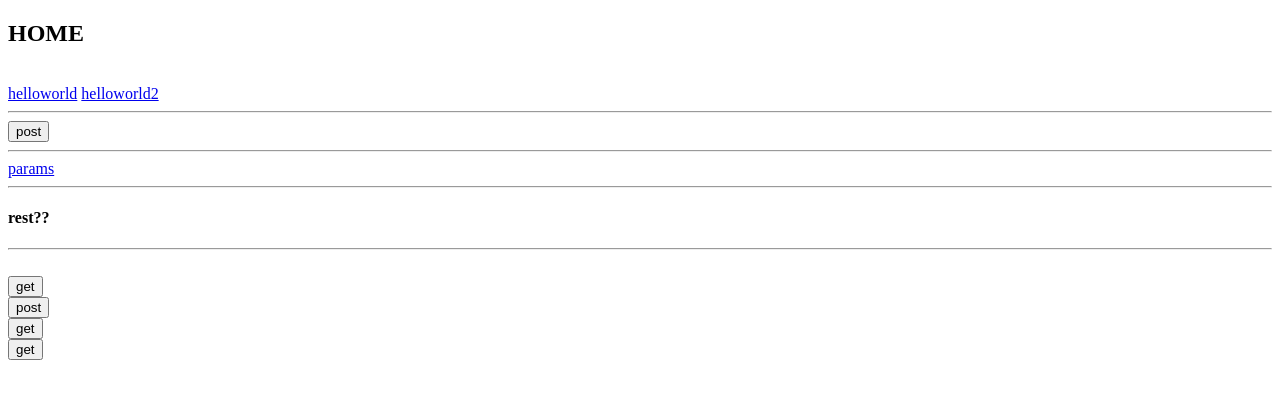
Repository: weiqilin66/workSpaceXD
Page: http://localhost/springmvc-1/
These files come from the project's save history. The page is drawn as it stood at one moment and after the next save; the edit follows.
The browser window is 1280 px wide. The pictures show the whole page.
The page is served by Tomcat 9.

Above is the page before, as saved 2019-09-18 08:41:54.

After the next save:
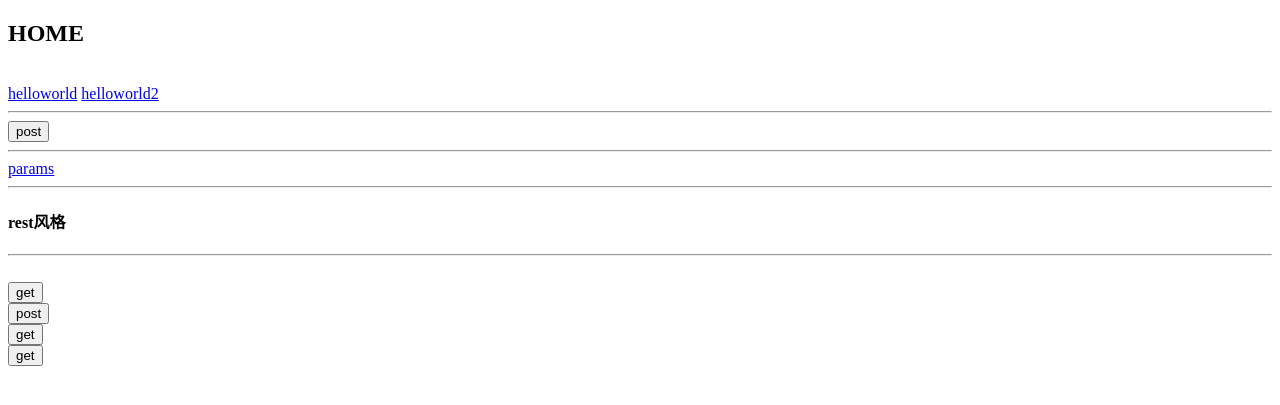
Saved 18 s later.
--- a/workspace/eclipseworkspace/ws01-study/springmvc-1/WebContent/index.jsp
+++ b/workspace/eclipseworkspace/ws01-study/springmvc-1/WebContent/index.jsp
@@ -1,4 +1,4 @@
-<%@ page language="java" contentType="text/html; charset=ISO-8859-1"
+<%@ page language="java" contentType="text/html; charset=utf-8"
     pageEncoding="UTF-8"%>
 <!DOCTYPE html>
 <html>
